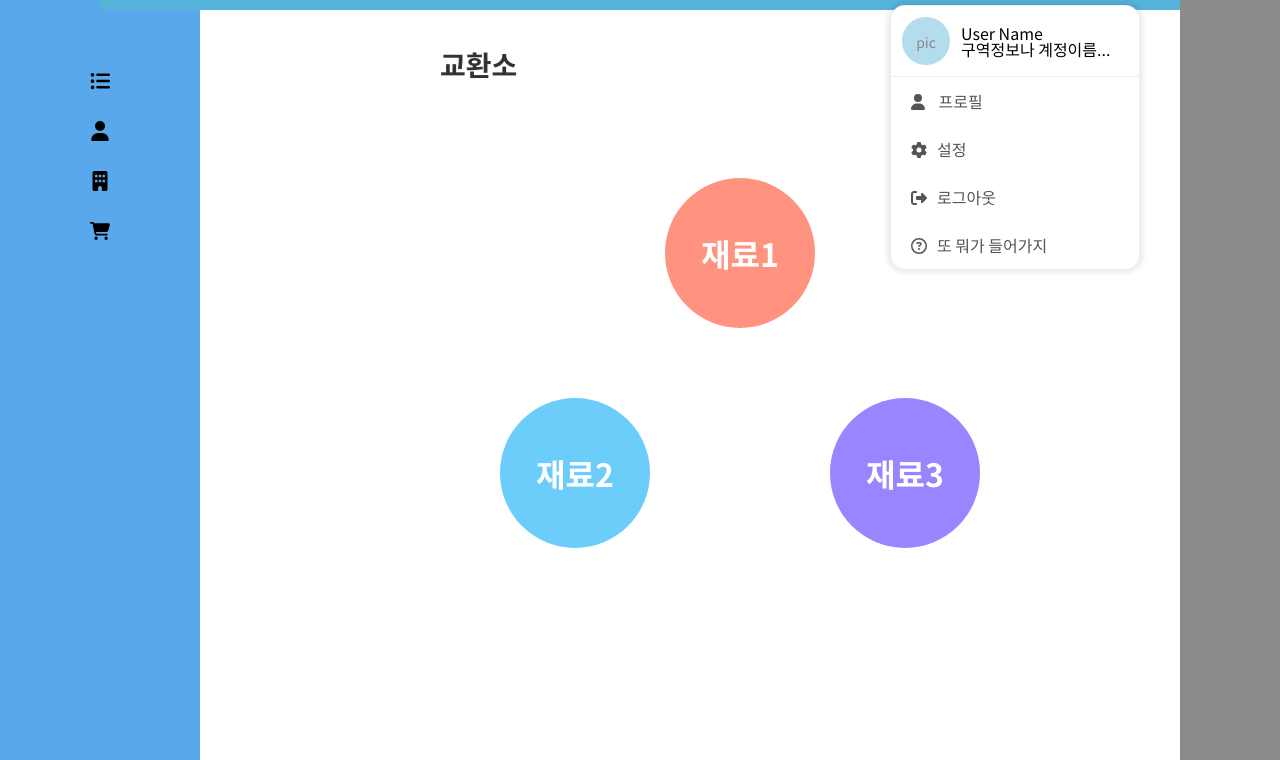
Repository: sunoo-lee/toVillage-old
Page: /#/trade
An editor plug-in stored every save of this project. The page is shown before and after the next save, followed by the edit.
The browser window is 1280 px wide. The pictures show the whole page.
The project was rebuilt for these pictures with package versions that can differ from the ones it lists, and the page was loaded fresh each time. Also part of the build but not shown: src/routes/Auth.js, src/components/Todo.js, src/components/AddForm.js, src/components/Main.js, src/routes/Home.js, src/components/MyProfile.js, src/routes/Profile.js, src/components/Area.module.css and 2 more.

Above is the page before, as saved 2022-10-13 04:42:38.

### src/components/App.js
import React, { useState } from "react";
import AppRouter from "./Router";

function App() {
  const [isLoggedIn, setIsLoggedIn] = useState(true);
  const onClick = () => {
    setIsLoggedIn(!isLoggedIn);
  };

  const [isDropdown, setIsDropdown] = useState(true);
  const [isNav, setIsNav] = useState(true);
  const toggleDropdown = () => {
    setIsDropdown(!isDropdown);
    console.log("dropdown: " + isDropdown);
  };
  const toggleNav = () => {
    setIsNav(!isNav);
    console.log("Nav: " + isNav);
  };
  return (
    <>
      <AppRouter
        toggleDropdown={toggleDropdown}
        isDropdown={isDropdown}
        toggleNav={toggleNav}
        isNav={isNav}
        onClick={onClick}
        isLoggedIn={isLoggedIn}
      />
    </>
  );
}

export default App;

### src/style.css
@import url("https://fonts.googleapis.com/css2?family=Noto+Sans+KR:wght@400;500;700&display=swap");

* {
  box-sizing: border-box;
}

html,
body {
  padding: 0;
  margin: 0;
  font-family: "Noto Sans KR", -apple-system, BlinkMacSystemFont, Segoe UI,
    Roboto, Oxygen, Ubuntu, Cantarell, Fira Sans, Droid Sans, Helvetica Neue,
    sans-serif;
}

body {
  display: flex;
  justify-content: center;
  align-items: center;
  height: 800px;
  width: 1080px;
  margin: auto;
  height: 100vh;
  background-color: #9dbac7;
  background-color: #8b8b8b;
}

.container {
  background-color: aliceblue;
  background-color: #ffffff;
  min-width: 600px;
  width: 1080px;
  height: 800px;
  padding-left: 200px;
  padding-top: 50px;
  display: flex;
  justify-content: center;
}

### src/components/Router.js
import { HashRouter as Router, Routes, Route } from "react-router-dom";
import Auth from "../routes/Auth";
import Home from "../routes/Home";
import Profile from "../routes/Profile";
import Building from "../routes/Building";
import Trade from "../routes/Trade";
import Header from "./Header";
import Navigation from "./Navigation";

const AppRouter = ({
  toggleDropdown,
  isDropdown,
  toggleNav,
  isNav,
  onClick,
  isLoggedIn,
}) => {
  return (
    <Router>
      {isLoggedIn}
      <Header
        toggleDropdown={toggleDropdown}
        isDropdown={isDropdown}
        toggleNav={toggleNav}
      />
      <Navigation isNav={isNav} />
      <Routes>
        {isLoggedIn ? (
          <>
            <Route
              exact
              path="/"
              element={<Home onClick={onClick} isLoggedIn={isLoggedIn} />}
            />
            <Route path="/profile" element={<Profile />} />
            <Route path="/building" element={<Building />} />
            <Route path="/trade" element={<Trade />} />
          </>
        ) : (
          <>
            <Route exact path="/" element={<Auth />} />
          </>
        )}
      </Routes>
    </Router>
  );
};

export default AppRouter;

### src/routes/Trade.js
import React from "react";
import TradingShop from "../components/TradingShop";

const Trade = () => {
  return (
    <>
      <div className={"container"}>
        <TradingShop />
      </div>
    </>
  );
};

export default Trade;

### src/components/Header.js
import { React, useState } from "react";
import styles from "./Header.module.css";
import { FontAwesomeIcon } from "@fortawesome/react-fontawesome";
import { faBars, faUser } from "@fortawesome/free-solid-svg-icons";
import Dropdown from "./Dropdown";

const Header = ({ toggleDropdown, isDropdown, toggleNav }) => {
  return (
    <header id={styles.header}>
      <div className={styles.container}>
        <div className={styles.header_left}>
          <button onClick={toggleNav} className={styles.toggle_btn}>
            <FontAwesomeIcon icon={faBars} />
          </button>
        </div>
        <div className={styles.header_center}>
          {/* {new Date().getFullYear()}/{new Date().getMonth() + 1}/
        {new Date().getDate()} */}
        </div>
        <div className={styles.header_right}>
          <button onClick={toggleDropdown}>
            <FontAwesomeIcon icon={faUser} />
          </button>
          {isDropdown ? <Dropdown /> : <></>}
        </div>
      </div>
    </header>
  );
};

export default Header;

### src/components/Navigation.js
import { React } from "react";
import { Link } from "react-router-dom";
// import MiniProfile from "./MiniProfile";
import styles from "./Navigation.module.css";
import { FontAwesomeIcon } from "@fortawesome/react-fontawesome";
import {
  faUser,
  faBuilding,
  faCartShopping,
  faListUl,
} from "@fortawesome/free-solid-svg-icons";

const Navigation = ({ isNav }) => {
  if (isNav) {
  }
  return (
    <nav className={isNav ? `${styles.nav} ${styles.nav_active}` : styles.nav}>
      {/* <MiniProfile /> */}
      <div className={styles.container}>
        <ul>
          <li>
            <Link to="/">
              <FontAwesomeIcon icon={faListUl} />
              <span>오늘 할 일</span>
            </Link>
          </li>
          <li>
            <Link to="/profile">
              <FontAwesomeIcon icon={faUser} />
              <span>프로필</span>
            </Link>
          </li>
          <li>
            <Link to="/building">
              <FontAwesomeIcon icon={faBuilding} />
              <span>건물</span>
            </Link>
          </li>
          <li>
            <Link to="/trade">
              <FontAwesomeIcon icon={faCartShopping} />
              <span>교환소</span>
            </Link>
          </li>
        </ul>
        {/* <button onClick={onClick}>SIGN OUT</button> */}
      </div>
    </nav>
  );
};

export default Navigation;

### src/components/TradingShop.js
import React from "react";
import styles from "./TradingShop.module.css";
const TradingShop = () => {
  return (
    <div className={styles.container}>
      <h1>
        <span className={styles.title}>교환소</span>
      </h1>
      <div className={styles.table}>
        <ul>
          <li>
            <div className={`${styles.materials} ${styles.material_1}`}>
              재료1
            </div>
          </li>
          <li>
            <div className={`${styles.materials} ${styles.material_2}`}>
              재료2
            </div>
          </li>
          <li>
            <div className={`${styles.materials} ${styles.material_3}`}>
              재료3
            </div>
          </li>
        </ul>
      </div>
    </div>
  );
};

export default TradingShop;

### src/components/Header.module.css
:root {
  --theme_color: #55b3d9;
}

#header {
  position: absolute;
  width: 1080px;
  z-index: 100;
}

.container {
  background-color: #bce5f5;
  background-color: var(--theme_color);
  width: 100%;
  height: 50px;
  display: flex;
  justify-content: space-between;
  align-items: center;
  padding: 0 40px;
}
.header_left .toggle_btn {
  width: 30px;
  height: 30px;
  border: none;
  outline: none;
  border-radius: 50%;
  background-color: whitesmoke;
  background-color: transparent;
  color: #ffffff;
  cursor: pointer;
  font-size: 1.3rem;
}
.header_center {
  font-weight: 700;
  font-size: 1.4em;
}

.header_right button {
  width: 30px;
  height: 30px;
  border: none;
  outline: none;
  border-radius: 50%;
  background-color: whitesmoke;
  cursor: pointer;
  text-align: center;
  color: var(--theme_color);
}

### src/components/Dropdown.js
import React from "react";
import styles from "./MyProfile.module.css";
import { FontAwesomeIcon } from "@fortawesome/react-fontawesome";
import {
  faUser,
  faGear,
  faRightFromBracket,
} from "@fortawesome/free-solid-svg-icons";
import { faCircleQuestion } from "@fortawesome/free-regular-svg-icons";

const Dropdown = () => (
  <div className={styles.card}>
    <div className={styles.userBx}>
      <div className={styles.imgbx}>pic</div>
      <div className={styles.userinfo}>
        <p>User Name</p>
        <p>구역정보나 계정이름...</p>
      </div>
    </div>
    <ul className={styles.menu}>
      <li>
        <FontAwesomeIcon icon={faUser} /> <span>프로필</span>
      </li>
      <li>
        <FontAwesomeIcon icon={faGear} />
        <span>설정</span>
      </li>
      <li>
        <FontAwesomeIcon icon={faRightFromBracket} />
        <span>로그아웃</span>
      </li>
      <li>
        <FontAwesomeIcon icon={faCircleQuestion} />
        <span>또 뭐가 들어가지</span>
      </li>
    </ul>
  </div>
);

export default Dropdown;

### src/components/Navigation.module.css
.nav {
  width: 200px;
  height: 800px;
  position: absolute;
  z-index: 50;
  padding-top: 50px;
  background-color: #eeeeee;
  display: flex;
  align-items: center;
  flex-direction: column;
  padding: 60px 10px 10px;
  transition: 0.2s;
}

.nav_active {
  background-color: #58a8eb;
  /* width: 60px; */
  transform: translate(-50%);
}
.nav_active .container ul li {
  padding: 0;
}
.nav_active .container ul li svg {
  margin: 0;
}
.nav_active .container ul li span {
  display: none;
  color: tomato;
}

.container {
  position: relative;
  margin-top: 10px;
  width: 100%;
  border-radius: 20px;
  padding: 20px 0;
  display: flex;
  flex-direction: column;
  align-items: center;
}
.container ul {
  text-align: left;
}
.container ul li {
  padding: 0 20px;
  height: 40px;
  border-radius: 25px;
  margin: 10px 0;
  transition: 0.2s;
}
.container ul li:hover {
  background-color: var(--theme_color);
}
.container ul li a {
  font-size: 20px;
  color: #696969;
  color: #000000;
  font-weight: 500;
  text-decoration: none;
  line-height: 40px;
}

.container ul li a svg {
  width: 20px;
  margin-right: 10px;
}

.container button {
  position: absolute;
  bottom: 20px;
  padding: 7px 10px;
  border-radius: 5px;
  border: none;
  outline: none;
  font-size: 1em;
  font-weight: 700;
  background-color: #58a8eb;
  color: #ffffff;
  cursor: pointer;
}

### src/components/Main.module.css
:root {
  --theme_color: #55b3d9;
}

.container {
  margin-top: 40px;
  width: 600px;
}

.container h1 {
  margin-bottom: 20px;
}

.title {
  font-size: 28px;
  font-weight: 700;
  color: #333333;
}

.list {
  width: 600px;
  /* margin: 20px 0; */
}

.list .item {
  background-color: #ffffff;
  padding: 5px 0;
  line-height: 28px;
  display: flex;
  align-items: center;
  justify-content: space-between;
  border-bottom: 1px solid #c7c7c7;
}

.list .item:first-child {
  border-top: 1px solid #c7c7c7;
}

.list .item input[type="checkbox"] {
  width: 20px;
  height: 20px;
  border-radius: 50px;
  border: 1px solid #999999;
  appearance: none;
  margin-right: 10px;
}
.list .item input[type="checkbox"]:hover {
  background-color: #b3dcec;
}
.list .item input[type="checkbox"]:checked {
  background: var(--theme_color);
  border: none;
}
.list .item div {
  margin: auto 0;
  display: flex;
}
.list .item div button {
  border-radius: 50%;
  border: none;
  margin: auto 3px;
  height: 24px;
  width: 24px;
  box-shadow: 0 0 3px 0 #00000088;
  background-color: #ffffff;
  color: #333333;
}

.add_form {
  position: relative;
}

.add_form .list_input {
  margin: 5px 0;
  width: 600px;
  font-size: 16px;
  padding: 7px 15px;
  border: 1px solid #c7c7c7;
  border-radius: 5px;
}

.add_form .list_input:focus {
  outline: none;
  border: 1px solid var(--theme_color);
}

.add_form .add_btn {
  display: block;
  position: absolute;
  right: 0;
  font-size: 14px;
  background-color: var(--theme_color);
  border: 1px solid var(--theme_color);
  /* border: none; */
  border-radius: 5px;
  padding: 5px 10px;
  color: #ffffff;
  font-weight: 700;
  cursor: pointer;
}

### src/components/MyProfile.module.css
:root {
  --border_option: 1px solid #666666;
  /* --border_option: none; */
  --shadow_option: 0 0 5px 1px #00000088;
  --theme_color: #55b3d9;
}
.container {
  display: flex;
  flex-direction: column;
  justify-content: flex-start;
  align-items: center;
  padding: 60px;
}

.pic {
  width: 200px;
  height: 200px;
  background-color: #ffffff;
  border-radius: 50%;
  box-shadow: 0 15px 50px #00000041;
  line-height: 200px;
  text-align: center;
  font-size: 20px;
  color: #888888;
  font-weight: 700;
  margin-bottom: 30px;
}
.nickname {
  color: #666666;
  font-size: 36px;
  font-weight: 700;
  margin-bottom: 20px;
}
.area {
  font-size: 26px;
  font-weight: 700;
  color: #888888;
}
.materials {
  display: flex;
  margin: 40px 0;
}
.materials li {
  margin: 0 10px;
}
.materials div {
  width: 80px;
  height: 80px;
  background-color: #ffffff;
  border-radius: 50%;
  line-height: 80px;
  text-align: center;
  margin-bottom: 10px;
  color: #666666;
  border-radius: 50%;
  background-color: #55b4d975;
  font-size: 1.2em;
  color: #999999;
}
.materials span {
  display: block;
  width: 80px;
  text-align: center;
  font-size: 1.6em;
  color: #555555;
  line-height: 1.2em;
  font-weight: 600;
}
.box_btn {
  border-radius: 5px;
  padding: 16px 20px;
  border: none;
  outline: none;
  font-size: 1.4em;
  font-weight: 700;
  background-color: var(--theme_color);
  color: #ffffff;
  cursor: pointer;
}

/* ----------------------mini profile-------------------------- */

.card {
  position: absolute;
  width: 250px;
  height: 265px;
  background-color: #ffffff;
  border-radius: 15px;
  box-shadow: 0 0 5px 3px #00000015;
  border: 1px solid #00000011;
  overflow: hidden;
  right: 40px;
  top: 45px;
}
.userBx {
  position: relative;
  display: flex;
  align-items: center;
  padding: 10px;
}

.imgbx {
  border: 1px solid #ffffff;
  position: relative;
  width: 50px;
  height: 50px;
  background-color: #b3dcec;
  border-radius: 50%;
  font-size: 14px;
  text-align: center;
  color: #888888;
  line-height: 50px;
  margin-right: 10px;
}

.menu {
  position: absolute;
  width: 100%;
  height: auto;
  border-top: 1px solid #00000011;
}
.menu li {
  padding: 0 20px;
  color: #555555;
  cursor: pointer;
}
.menu li:hover {
  background-color: #c9dee6;
}
.menu li span {
  display: inline-block;
  margin: 16px 10px;
}

### src/components/TradingShop.module.css
.container {
  margin-top: 40px;
  width: 600px;
}

.container h1 {
  margin-bottom: 20px;
}

.container h1 .title {
  position: relative;
  font-size: 28px;
  font-weight: 700;
  color: #333333;
}

.container .table ul li {
  position: relative;
}

.container .table .materials {
  width: 150px;
  height: 150px;
  color: #333333;
  font-size: 32px;
  font-weight: 700;
  color: #ffffff;
  border: none;
  border-radius: 50%;
  text-align: center;
  line-height: 150px;
  position: absolute;
}

.container .table .material_1 {
  background-color: #ff9380;
  left: 50%;
  top: 80px;
  transform: translateX(-50%);
}
.container .table .material_2 {
  background-color: #6ccdfa;
  top: 300px;
  left: 10%;
}
.container .table .material_3 {
  background-color: #9885ff;
  top: 300px;
  right: 10%;
}

Loaded but not shown: public/index.html (common file); src/index.js (common file); src/reset.css (common file)

After the next save:
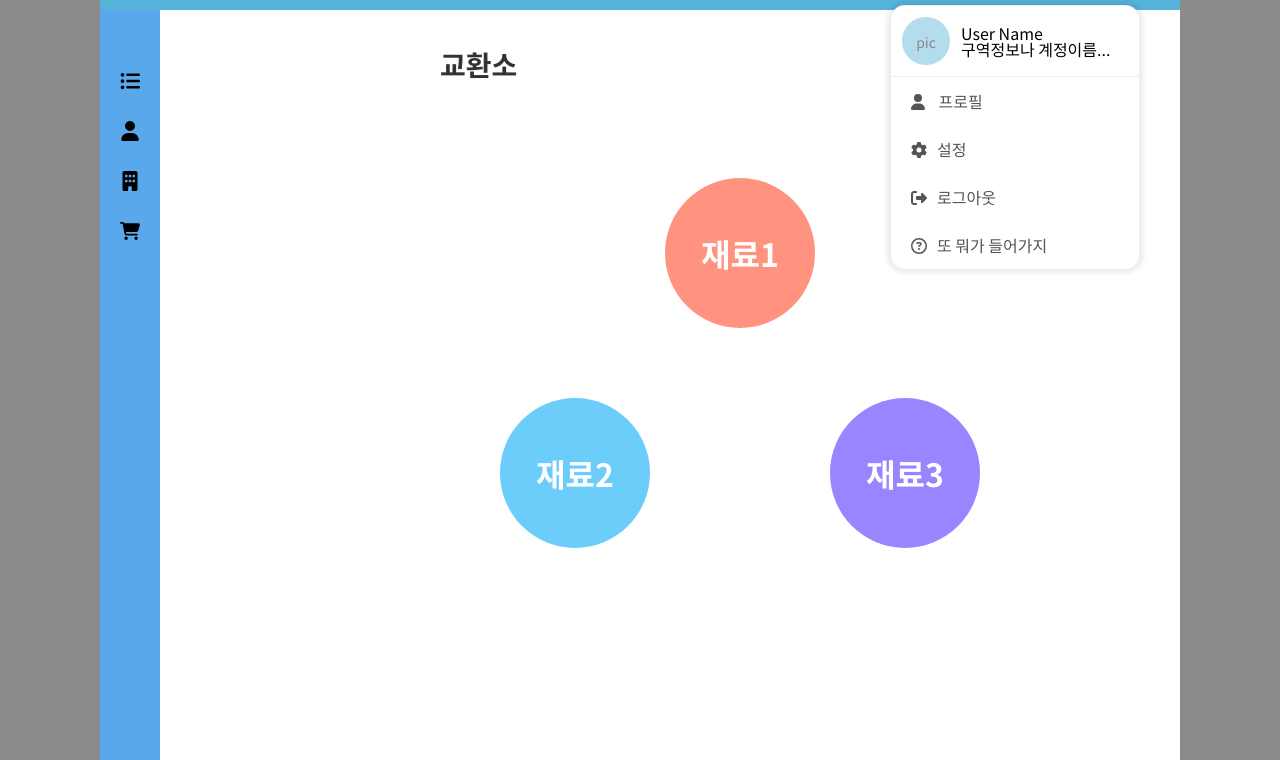
Saved 8 s later.
--- a/src/components/Navigation.module.css
+++ b/src/components/Navigation.module.css
@@ -14,8 +14,8 @@
 
 .nav_active {
   background-color: #58a8eb;
-  /* width: 60px; */
-  transform: translate(-50%);
+  width: 60px;
+  /* transform: translate(-50%); */
 }
 .nav_active .container ul li {
   padding: 0;
